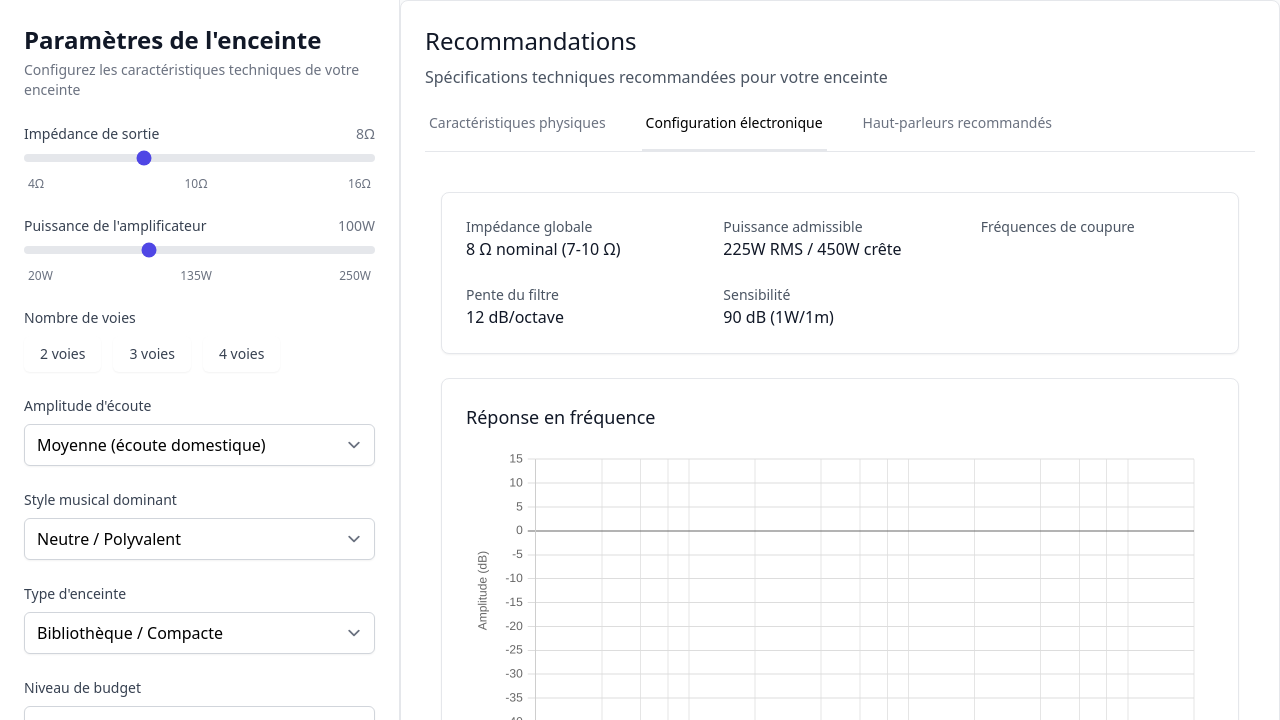
Repository: flobutbut/AcuoTune
Page: /#/, after clicking the first element matching `nav.flex > :nth-child(2)`
An editor plug-in stored every save of this project. The page is shown before and after the next save, followed by the edit.
The browser window is 1280 px wide. The pictures show the whole page.
An inner scrolling area shows only its first screen. The project was rebuilt for these pictures with package versions that can differ from the ones it lists, and the page was loaded fresh each time. Also part of the build but not shown: vite.config.ts, src/components/configurateur/recommendations/SpeakersTab.vue.

Above is the page before, as saved 2025-02-28 15:07:47.

### src/main.ts
import './assets/main.css'

import { createApp } from 'vue'
import { createPinia } from 'pinia'
import App from './App.vue'
import router from './router'

// Pour le débogage
console.log('Initializing app...')

const app = createApp(App)
const pinia = createPinia()

// Pour le débogage
app.config.errorHandler = (err, instance, info) => {
  console.error('Vue Error:', err)
  console.log('Component:', instance)
  console.log('Info:', info)
}

app.use(pinia)
app.use(router)

app.mount('#app')

// Pour le débogage
console.log('App mounted')

### src/App.vue
<script setup lang="ts">
import { RouterView } from 'vue-router'
</script>

<template>
  <RouterView />
</template>

<style>
#app {
  height: 100vh;
  width: 100vw;
}
</style>

### src/router/index.ts
import { createRouter, createWebHashHistory } from 'vue-router'
import ConfigurateurView from '../views/ConfigurateurView.vue'

const base = process.env.NODE_ENV === 'production' ? '/AcuoTune/' : '/'

const router = createRouter({
  history: createWebHashHistory(base),
  routes: [
    {
      path: '/',
      name: 'home',
      component: ConfigurateurView
    }
  ]
})

export default router

### src/views/ConfigurateurView.vue
<script setup lang="ts">
import ConfigurationPanel from '@/components/configurateur/ConfigurationPanel.vue'
import RecommendationsPanel from '@/components/configurateur/RecommendationsPanel.vue'
</script>

<template>
  <div class="flex h-screen bg-gray-50">
    <!-- Colonne de gauche - Configuration -->
    <div class="w-[400px] min-w-[400px] overflow-y-auto border-r border-gray-200 bg-white">
      <ConfigurationPanel />
    </div>

    <!-- Colonne de droite - Recommandations -->
    <div class="flex-1 overflow-y-auto">
      <RecommendationsPanel />
    </div>
  </div>
</template>

<style>
/* Supprimer les marges par défaut */
body {
  margin: 0;
  padding: 0;
}

/* Assurer que l'app prend toute la hauteur */
#app {
  height: 100vh;
}
</style>

### src/components/configurateur/RecommendationsPanel.vue
<script setup lang="ts">
import { ref } from 'vue'
import PhysicalTab from './recommendations/PhysicalTab.vue'
import ElectronicTab from './recommendations/ElectronicTab.vue'
import SpeakersTab from './recommendations/SpeakersTab.vue'

const activeTab = ref('physique')

// Données temporaires pour test
const physicalRecommendations = {
  volume: '30L',
  dimensions: {
    height: '80cm',
    width: '30cm',
    depth: '40cm'
  },
  materials: ['MDF 19mm', 'Contreplaqué bouleau 18mm'],
  portType: 'Bass-reflex',
  port: {
    surface: '50cm²',
    length: '15cm',
    diameter: '8cm',
    tuningFreq: '35Hz'
  }
}

const electronicRecommendations = {
  impedance: '8Ω',
  power: '100W RMS',
  crossoverFreqs: ['500Hz', '3.5kHz'],
  filterSlope: '12dB/octave',
  efficiency: '89dB'
}

const speakerRecommendations = [
  {
    type: 'Grave',
    impedance: '8Ω',
    power: '100W RMS',
    sensitivity: '89dB'
  },
  {
    type: 'Médium',
    impedance: '8Ω',
    power: '50W RMS',
    sensitivity: '91dB'
  },
  {
    type: 'Aigu',
    impedance: '8Ω',
    power: '25W RMS',
    sensitivity: '92dB'
  }
]
</script>

<template>
  <div class="w-full bg-white rounded-lg shadow-sm border border-gray-200">
    <div class="p-6">
      <h2 class="text-2xl font-medium text-gray-900 mb-2">Recommandations</h2>
      <p class="text-gray-600 mb-6">Spécifications techniques recommandées pour votre enceinte</p>

      <!-- Onglets -->
      <div class="border-b border-gray-200">
        <nav class="flex space-x-8" aria-label="Tabs">
          <button
            v-for="tab in ['physique', 'electronique', 'hautparleurs']"
            :key="tab"
            @click="activeTab = tab"
            :class="[
              'pb-4 px-1 font-medium text-sm border-b-2 transition-colors',
              activeTab === tab
                ? 'border-primary-600 text-primary-600'
                : 'border-transparent text-gray-500 hover:text-gray-700 hover:border-gray-300'
            ]"
          >
            {{ tab === 'physique' ? 'Caractéristiques physiques' :
               tab === 'electronique' ? 'Configuration électronique' :
               'Haut-parleurs recommandés' }}
          </button>
        </nav>
      </div>

      <!-- Contenu des onglets -->
      <div class="mt-6">
        <PhysicalTab v-if="activeTab === 'physique'" />
        <ElectronicTab v-if="activeTab === 'electronique'" />
        <SpeakersTab v-if="activeTab === 'hautparleurs'" />
      </div>
    </div>
  </div>
</template>

### src/components/configurateur/controls/RangeInput.vue
<script setup lang="ts">
defineProps<{
  label: string
  name: string
  value: number
  min: number
  max: number
  step: number
  unit?: string
}>()

defineEmits<{
  (e: 'update', event: Event): void
}>()
</script>

<template>
  <div class="space-y-2">
    <!-- Label et valeur actuelle -->
    <div class="flex justify-between items-center">
      <label :for="name" class="block text-sm font-medium text-gray-700">
        {{ label }}
      </label>
      <span class="text-sm text-gray-500">
        {{ value }}{{ unit }}
      </span>
    </div>

    <!-- Input range -->
    <input
      :id="name"
      type="range"
      :name="name"
      :min="min"
      :max="max"
      :step="step"
      :value="value"
      @input="$emit('update', $event)"
      class="w-full h-2 bg-gray-200 rounded-lg appearance-none cursor-pointer
             dark:bg-gray-700 accent-indigo-600 focus:outline-none focus:ring-2
             focus:ring-indigo-500 focus:ring-offset-2"
    />

    <!-- Valeurs min/max -->
    <div class="flex justify-between px-1">
      <span class="text-xs text-gray-500">{{ min }}{{ unit }}</span>
      <span class="text-xs text-gray-500">{{ Math.round((max + min) / 2) }}{{ unit }}</span>
      <span class="text-xs text-gray-500">{{ max }}{{ unit }}</span>
    </div>
  </div>
</template>

### src/components/configurateur/controls/SelectInput.vue
<script setup lang="ts">
interface Option {
  value: string
  label: string
}

defineProps<{
  label: string
  name: string
  value: string
  options: Option[]
}>()

defineEmits<{
  (e: 'update', event: Event): void
}>()
</script>

<template>
  <div class="space-y-2">
    <label :for="name" class="block text-sm font-medium text-gray-700">
      {{ label }}
    </label>
    <select
      :id="name"
      :name="name"
      :value="value"
      @change="$emit('update', $event)"
      class="mt-1 block w-full rounded-md border-gray-300 py-2 pl-3 pr-10 text-base
             focus:border-indigo-500 focus:outline-none focus:ring-indigo-500
             bg-white shadow-sm"
    >
      <option
        v-for="option in options"
        :key="option.value"
        :value="option.value"
        class="text-gray-900"
      >
        {{ option.label }}
      </option>
    </select>
  </div>
</template>

### src/constants/configurateur.ts
export const IMPEDANCE_OPTIONS = {
  min: 4,
  max: 16,
  step: 4
}

export const PUISSANCE_OPTIONS = {
  min: 20,
  max: 250,
  step: 10
}

export const AMPLITUDE_ECOUTE_OPTIONS = [
  { value: 'faible', label: 'Faible (écoute de proximité)' },
  { value: 'moyenne', label: 'Moyenne (écoute domestique)' },
  { value: 'forte', label: 'Forte (home-cinéma, fêtes)' }
]

export const STYLE_MUSICAL_OPTIONS = [
  { value: 'neutre', label: 'Neutre / Polyvalent' },
  { value: 'hifi', label: 'Hi-Fi / Audiophile' },
  { value: 'bass', label: 'Bass heavy (Electronic, Hip-hop)' },
  { value: 'acoustique', label: 'Acoustique / Classique' }
]

export const TYPE_ENCEINTE_OPTIONS = [
  { value: 'bibliothèque', label: 'Bibliothèque / Compacte' },
  { value: 'colonne', label: 'Colonne' },
  { value: 'monitoring', label: 'Monitoring' }
]

export const BUDGET_NIVEAU_OPTIONS = [
  { value: 'économique', label: 'Économique' },
  { value: 'moyen', label: 'Moyen' },
  { value: 'élevé', label: 'Élevé' }
]

export const DISTANCE_MUR_OPTIONS = [
  { value: 'proche', label: 'Proche (< 20cm)' },
  { value: 'moyenne', label: 'Moyenne (20-40cm)' },
  { value: 'éloignée', label: 'Éloignée (> 40cm)' }
]

export const UTILISATION_OPTIONS = [
  { value: 'musique', label: 'Musique' },
  { value: 'homecinema', label: 'Home-cinéma' },
  { value: 'mixte', label: 'Mixte (Musique + Home-cinéma)' },
  { value: 'studio', label: 'Production / Mixage studio' }
]

export const TYPE_CHARGE_OPTIONS = [
  { value: 'clos', label: 'Clos' },
  { value: 'bass-reflex', label: 'Bass-reflex' },
  { value: 'double-bass-reflex', label: 'Double Bass-reflex' }
]

export const PENTE_FILTRE_OPTIONS = [
  { value: '12', label: '12 dB/octave' },
  { value: '18', label: '18 dB/octave' },
  { value: '24', label: '24 dB/octave' }
]

export const FACTEUR_QUALITE_OPTIONS = [
  { value: '0.5', label: 'Q = 0.5 (Sous-amorti)' },
  { value: '0.707', label: 'Q = 0.707 (Butterworth)' },
  { value: '1.0', label: 'Q = 1.0 (Sur-amorti)' }
]

### src/components/configurateur/recommendations/ElectronicTab.vue
<script setup lang="ts">
import { computed } from 'vue'
import { useConfigurateurStore } from '@/stores/configurateur'
import { calculateElectronic } from '@/utils/calculations/electronic'
import { calculateAcoustic } from '@/utils/calculations/acoustic'
import FrequencyResponseChart from '../FrequencyResponseChart.vue'

const store = useConfigurateurStore()

const electronicRecommendations = computed(() => {
  if (!store.config) return null
  const acousticParams = calculateAcoustic(store.config)
  return calculateElectronic(store.config, acousticParams)
})
</script>

<template>
  <div class="space-y-6 p-4">
    <div v-if="electronicRecommendations" class="space-y-6">
      <!-- Panneau des paramètres -->
      <div class="bg-white rounded-lg shadow-sm border border-gray-200 p-6">
        <div class="grid grid-cols-2 md:grid-cols-3 gap-6">
          <div v-for="(value, key) in [
            { label: 'Impédance globale', value: electronicRecommendations.impedanceGlobale },
            { label: 'Puissance admissible', value: electronicRecommendations.puissanceAdmissible },
            { label: 'Fréquences de coupure', value: electronicRecommendations.frequencesCoupure.join(' / ') },
            { label: 'Pente du filtre', value: electronicRecommendations.penteFiltre },
            { label: 'Sensibilité', value: electronicRecommendations.sensibilite }
          ]" :key="key" class="group">
            <div class="text-sm text-gray-600 group-hover:text-gray-800 transition-colors">{{ value.label }}</div>
            <div class="font-medium text-gray-900">{{ value.value }}</div>
          </div>
        </div>
      </div>

      <!-- Graphique -->
      <div class="bg-white rounded-lg shadow-sm border border-gray-200 p-6">
        <h3 class="text-lg font-medium text-gray-900 mb-4">Réponse en fréquence</h3>
        <div class="h-[400px] w-full">
          <FrequencyResponseChart
            :config="store.config"
            :electronic-params="electronicRecommendations"
          />
        </div>
      </div>
    </div>

    <div v-else class="flex items-center justify-center h-48 bg-gray-50 rounded-lg">
      <div class="text-gray-500">
        <svg class="w-8 h-8 mx-auto mb-2 animate-spin" viewBox="0 0 24 24" fill="none">
          <circle class="opacity-25" cx="12" cy="12" r="10" stroke="currentColor" stroke-width="4"/>
          <path class="opacity-75" fill="currentColor" d="M4 12a8 8 0 018-8V0C5.373 0 0 5.373 0 12h4z"/>
        </svg>
        <span>Chargement des recommandations...</span>
      </div>
    </div>
  </div>
</template>

### src/utils/calculations/electronic.ts
import type { Config } from '@/types/configurateur'
import type { ElectronicRecommendation } from '@/types/configurateur'

interface AcousticResult {
  volumeOptimal: number
  frequenceAccord: number
  facteurQualite: number
  frequenceResonance: number
  rendementBasse: number
  puissanceMax: number
}

export function calculateElectronic(config: Config, acoustic: AcousticResult): ElectronicRecommendation {
  console.log('Calculating electronic parameters for:', { config, acoustic })

  // Calcul des fréquences de coupure
  const frequencesCoupure = calculateCrossoverFrequencies(config)

  // Calcul de la pente des filtres
  const penteFiltre = calculateFilterSlope(config)

  // Calcul de l'impédance globale
  const impedanceGlobale = calculateGlobalImpedance(config)

  // Calcul de la puissance admissible
  const puissanceAdmissible = calculateAdmissiblePower(acoustic.puissanceMax)

  // Calcul de la sensibilité globale
  const sensibilite = calculateGlobalSensitivity(config, acoustic)

  const result: ElectronicRecommendation = {
    frequencesCoupure,
    penteFiltre,
    impedanceGlobale,
    puissanceAdmissible,
    sensibilite
  }

  console.log('Electronic calculation result:', result)
  return result
}

function calculateCrossoverFrequencies(config: Config): string[] {
  // Si mode avancé et fréquences manuelles définies, les utiliser
  if (config.showAdvanced && config.freqCoupureManuelle.length > 0) {
    return config.freqCoupureManuelle.map(freq => `${freq} Hz`)
  }

  // Sinon, calculer les fréquences recommandées
  const freqs: number[] = []
  switch (config.nombreVoies) {
    case 2:
      freqs.push(config.styleMusical === 'bass' ? 2500 : 3000)
      break
    case 3:
      freqs.push(
        config.styleMusical === 'bass' ? 400 : 500,
        config.styleMusical === 'bass' ? 2500 : 3000
      )
      break
    case 4:
      freqs.push(
        config.styleMusical === 'bass' ? 200 : 250,
        config.styleMusical === 'bass' ? 800 : 1000,
        config.styleMusical === 'bass' ? 2500 : 3000
      )
      break
  }
  return freqs.map(freq => `${freq} Hz`)
}

function calculateFilterSlope(config: Config): string {
  // Si mode avancé, utiliser la pente configurée
  if (config.showAdvanced) {
    return `${config.penteFiltre} dB/octave`
  }

  // Sinon, déterminer la pente recommandée
  if (config.budgetNiveau === 'élevé' || config.styleMusical === 'hifi') {
    return '24 dB/octave'
  } else if (config.nombreVoies >= 3) {
    return '18 dB/octave'
  }
  return '12 dB/octave'
}

function calculateGlobalImpedance(config: Config): string {
  // Calcul de l'impédance nominale
  let impedance = config.impedance

  // Ajustements selon le nombre de voies
  if (config.nombreVoies >= 3) {
    impedance = Math.max(4, impedance - 2)
  }

  return `${impedance} Ω nominal (${impedance - 1}-${impedance + 2} Ω)`
}

function calculateAdmissiblePower(maxPower: number): string {
  const rms = Math.round(maxPower)
  const peak = Math.round(maxPower * 2)
  return `${rms}W RMS / ${peak}W crête`
}

function calculateGlobalSensitivity(config: Config, acoustic: AcousticResult): string {
  // Sensibilité de base selon le rendement calculé
  let sensitivity = acoustic.rendementBasse

  // Ajustements selon l'amplitude d'écoute
  const sensAdjust = {
    'faible': -2,
    'moyenne': 0,
    'forte': +2
  }
  sensitivity += sensAdjust[config.amplitudeEcoute as keyof typeof sensAdjust] || 0

  // Ajustements selon le nombre de voies
  sensitivity += (config.nombreVoies - 2) * 0.5

  return `${Math.round(sensitivity)} dB (1W/1m)`
}

### src/components/configurateur/FrequencyResponseChart.vue
<script setup lang="ts">
import { onMounted, watch, ref, onUnmounted } from 'vue'
import Chart from 'chart.js/auto'
import { calculateVoiceResponse, calculateGlobalResponse } from '@/utils/calculations/frequency-response'
import type { Config } from '@/types/configurateur'

const props = defineProps<{
  config: Config
  electronicParams: any
}>()

const chartCanvas = ref<HTMLCanvasElement | null>(null)
let frequencyChart: Chart | null = null

function generateChartData() {
  console.log('Generating chart data with config:', props.config)
  console.log('Electronic params:', props.electronicParams)

  const frequencies = []
  const voieDatasets = []
  const nombreVoies = parseInt(props.config.nombreVoies)

  // Initialisation des tableaux pour chaque voie
  const voieResponses = Array.from({ length: nombreVoies }, () => [])
  const globalResponses = []

  // Génération des fréquences
  for (let i = 0; i <= 400; i++) {
    const f = Math.round(10 * Math.pow(10, i * 3 / 400))
    if (f <= 20000) {
      frequencies.push(f)

      // Calcul pour chaque voie
      const currentVoiceResponses = []
      for (let v = 0; v < nombreVoies; v++) {
        const response = calculateVoiceResponse(f, v, props.config, props.electronicParams)
        voieResponses[v].push(response)
        currentVoiceResponses.push(response)
      }

      // Calcul de la réponse globale
      const globalResponse = calculateGlobalResponse(f, currentVoiceResponses)
      globalResponses.push(globalResponse)
    }
  }

  console.log('Voice responses:', voieResponses)
  console.log('Global responses:', globalResponses)

  // Création des datasets pour chaque voie
  const voieColors = ['#2563eb', '#16a34a', '#dc2626', '#9333ea']
  for (let v = 0; v < nombreVoies; v++) {
    voieDatasets.push({
      label: `Voie ${v + 1}`,
      data: frequencies.map((f, i) => ({
        x: f,
        y: voieResponses[v][i]
      })),
      borderColor: voieColors[v],
      borderDash: [5, 5],
      borderWidth: 1,
      fill: false,
      tension: 0.4,
      pointRadius: 0
    })
  }

  // Dataset pour la réponse globale
  const globalDataset = {
    label: 'Réponse globale',
    data: frequencies.map((f, i) => ({
      x: f,
      y: globalResponses[i]
    })),
    borderColor: '#000000',
    borderWidth: 2,
    fill: false,
    tension: 0.4,
    pointRadius: 0,
    order: -1 // Pour s'assurer que la courbe globale est au-dessus
  }

  return {
    voieDatasets,
    globalDataset
  }
}

function createChart() {
  if (!chartCanvas.value) return
  const ctx = chartCanvas.value.getContext('2d')
  if (!ctx) return

  const { voieDatasets, globalDataset } = generateChartData()

  if (frequencyChart) {
    frequencyChart.destroy()
  }

  frequencyChart = new Chart(ctx, {
    type: 'line',
    data: {
      datasets: [...voieDatasets, globalDataset]
    },
    options: {
      responsive: true,
      maintainAspectRatio: false,
      layout: {
        padding: {
          top: 10,
          right: 20,
          bottom: 30,
          left: 10
        }
      },
      scales: {
        x: {
          type: 'logarithmic',
          min: 20,
          max: 20000,
          title: {
            display: true,
            text: 'Fréquence (Hz)',
            padding: { top: 10, bottom: 0 }
          },
          ticks: {
            callback: (value: any) => {
              if ([20, 50, 100, 200, 500, 1000, 2000, 5000, 10000, 20000].includes(value)) {
                if (value >= 1000) {
                  return `${value/1000}k`
                }
                return value
              }
              return ''
            }
          }
        },
        y: {
          min: -40,
          max: 15,
          title: {
            display: true,
            text: 'Amplitude (dB)',
            padding: { top: 0, bottom: 10 }
          },
          ticks: {
            stepSize: 5,
            callback: (value: any) => `${value}`,
            padding: 5
          },
          grid: {
            drawBorder: true,
            color: (context: any) => {
              if (context.tick.value === 0) {
                return '#666'
              }
              return '#ddd'
            }
          }
        }
      },
      plugins: {
        legend: {
          display: true,
          position: 'bottom',
          align: 'center',
          labels: {
            usePointStyle: true,
            pointStyle: 'line',
            boxWidth: 40,
            padding: 10
          }
        },
        tooltip: {
          mode: 'index',
          intersect: false,
          callbacks: {
            label: function(context: any) {
              return `${context.dataset.label}: ${context.parsed.y.toFixed(1)} dB @ ${context.parsed.x} Hz`
            }
          }
        }
      },
      elements: {
        line: {
          tension: 0.1,
          borderWidth: 1.5
        },
        point: {
          radius: 0
        }
      },
      animation: {
        duration: 0
      },
      devicePixelRatio: 2
    }
  })
}

onMounted(() => {
  createChart()
})

watch([() => props.config, () => props.electronicParams], () => {
  createChart()
}, { deep: true })

onUnmounted(() => {
  if (frequencyChart) {
    frequencyChart.destroy()
  }
})
</script>

<template>
  <div class="frequency-response-container">
    <div class="frequency-response-chart">
      <canvas ref="chartCanvas"></canvas>
    </div>
  </div>
</template>

<style scoped>
.frequency-response-container {
  width: 100%;
}

.frequency-response-chart {
  background-color: white;
  border-radius: 0.5rem;
  height: 400px;
  position: relative;
}

canvas {
  position: absolute;
  top: 0;
  left: 0;
  width: 100% !important;
  height: 100% !important;
}
</style>

Loaded but not shown: index.html (common file); src/assets/main.css (common file); tailwind.config.js (13 lines, source omitted); src/utils/calculations/acoustic.ts (372 lines, source omitted); src/utils/calculations/frequency-response.ts (270 lines, source omitted); src/components/configurateur/ConfigurationPanel.vue (237 lines, source omitted); src/utils/calculations/physical.ts (240 lines, source omitted); src/stores/configurateur.ts (167 lines, source omitted); src/components/configurateur/recommendations/PhysicalTab.vue (104 lines, source omitted)

After the next save:
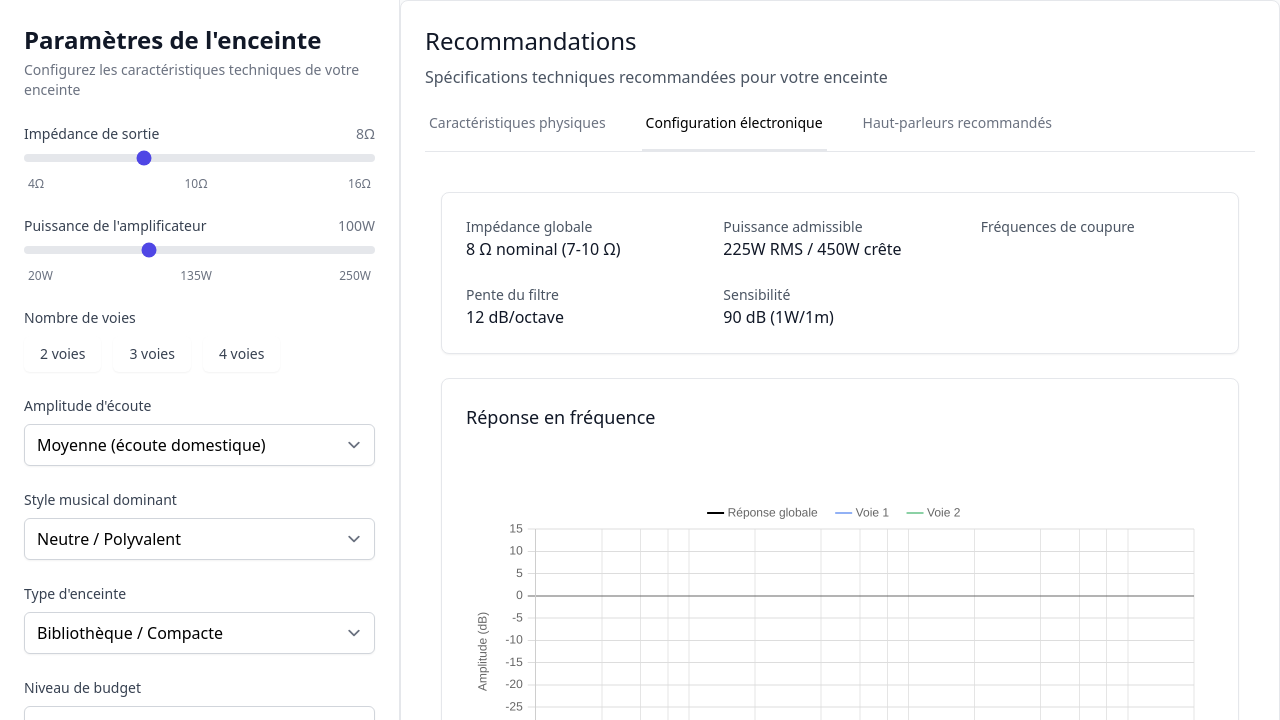
Saved 75 s later.
--- a/src/components/configurateur/FrequencyResponseChart.vue
+++ b/src/components/configurateur/FrequencyResponseChart.vue
@@ -107,9 +107,9 @@ function createChart() {
       maintainAspectRatio: false,
       layout: {
         padding: {
-          top: 10,
+          top: 40,
           right: 20,
-          bottom: 30,
+          bottom: 10,
           left: 10
         }
       },
@@ -162,13 +162,13 @@ function createChart() {
       plugins: {
         legend: {
           display: true,
-          position: 'bottom',
+          position: 'top',
           align: 'center',
           labels: {
             usePointStyle: true,
             pointStyle: 'line',
             boxWidth: 40,
-            padding: 10
+            padding: 20
           }
         },
         tooltip: {
